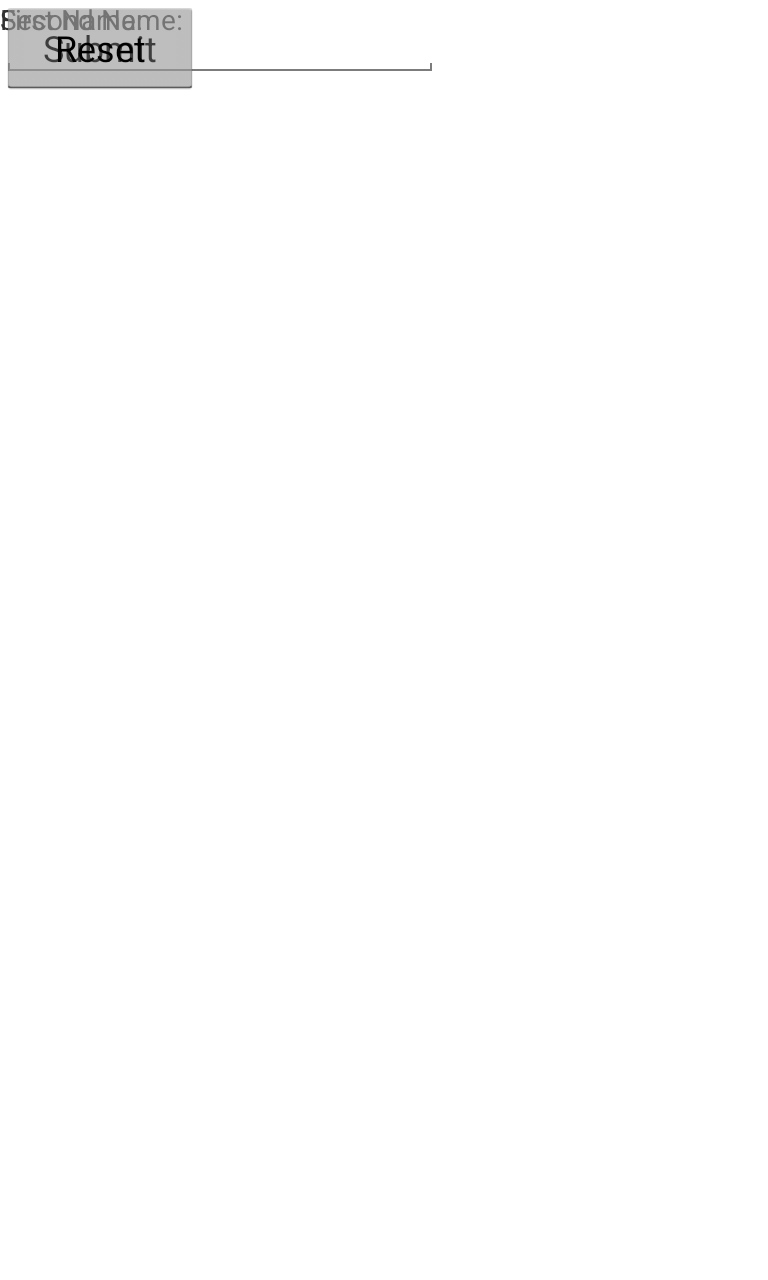
Repository: hugoM1/trainingNaranya
Layout: Layouts/res/layout/activity_relative_layout.xml
An editor plug-in stored every save of this project. The layout is shown before and after the next save, followed by the edit.
It is drawn on a 768 x 1280 px phone screen (xhdpi) without system bars, with theme AppTheme; the app's code is not run.

Above is the layout before, as saved 2013-08-14 02:11:53.

### Layouts/res/layout/activity_relative_layout.xml
<?xml version="1.0" encoding="utf-8"?>
<RelativeLayout
    android:id="@+id/RelativeLayout01"
	android:layout_width="fill_parent"
	android:layout_height="fill_parent"
	xmlns:android="http://schemas.android.com/apk/res/android">
	<TextView
	    android:id="@+id/TextView1"
		android:layout_width="wrap_content"
		android:layout_height="wrap_content"
		android:text="@string/first_name"
		android:width="100dp" />
	<EditText
	    android:id="@+id/EditText1"
	    android:layout_width="220dp"
		android:layout_height="wrap_content"
		android:layout_toRightOf="@+id/TextView01" />
	<EditText
	    android:id="@+id/EditText2"
	    android:layout_width="220dp"
		android:layout_height="wrap_content"
		android:layout_below="@+id/EditText01"
		android:layout_alignLeft="@+id/EditText01" />
	<TextView
	    android:id="@+id/TextView2"
		android:layout_width="wrap_content"
		android:layout_height="wrap_content"
		android:text="Second Name:"
		android:width="100dp"
		android:layout_below="@+id/EditText01"
		android:layout_toLeftOf="@+id/EditText02" />
	<Button
	    android:text="Submit"
	    android:id="@+id/Button1"
		android:layout_width="100dp"
		android:layout_height="wrap_content"
		android:layout_below="@id/EditText02"
		android:layout_alignLeft="@id/EditText02" />
	<Button
	    android:text="Reset"
	    android:id="@+id/Button2"
		android:layout_width="100dp"
		android:layout_height="wrap_content"
		android:layout_below="@id/EditText02"
		android:layout_alignRight="@id/EditText02" />
</RelativeLayout>

### Layouts/res/values/strings.xml
<?xml version="1.0" encoding="utf-8"?>
<resources>

    <string name="app_name">Layouts</string>
    <string name="action_settings">Settings</string>
    <string name="hello_world">Hello world!</string>
    <string name="button1">Table Layout</string>
    <string name="button2">Absolute Layout</string>
    <string name="button3">Relative Layout</string>
    <string name="button4">Frame LAyout</string>
    <string name="title_activity_table_layout">TableLayoutActivity</string>
    <string name="title_activity_absolute_layout">AbsoluteLayoutActivity</string>
    <string name="title_activity_relative_layout">RelativeLayoutActivity</string>
    <string name="title_activity_frame_layout">FrameLayoutActivity</string>
    <string name="first_name">First Name:</string>
    <string name="last_name">Last Name:</string>
    <string name="submit_button">Submit</string>
	<string name="reset_button">Reset</string>
</resources>

Loaded but not shown: Layouts/res/values/styles.xml (common file); Layouts/res/values-v11/styles.xml (common file); Layouts/res/values-v14/styles.xml (common file)

After the next save:
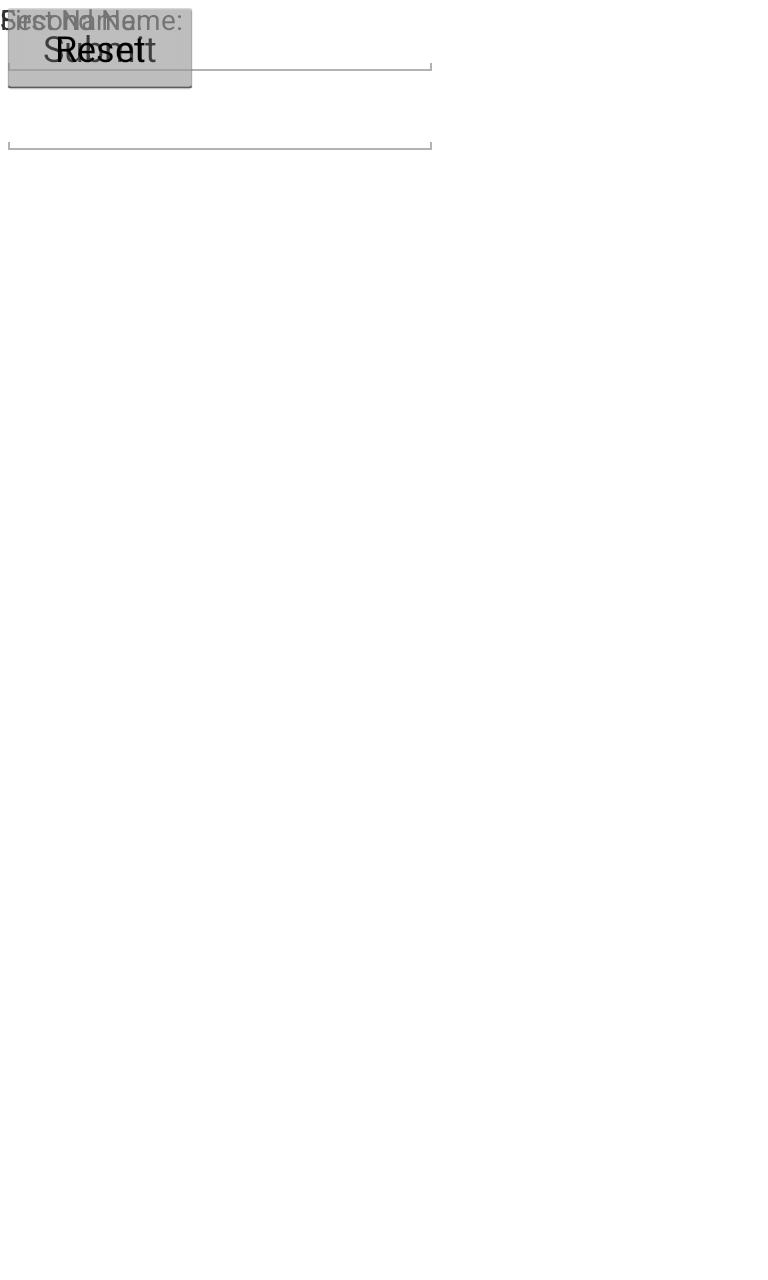
Saved 5 s later.
--- a/Layouts/res/layout/activity_relative_layout.xml
+++ b/Layouts/res/layout/activity_relative_layout.xml
@@ -19,8 +19,8 @@
 	    android:id="@+id/EditText2"
 	    android:layout_width="220dp"
 		android:layout_height="wrap_content"
-		android:layout_below="@+id/EditText01"
-		android:layout_alignLeft="@+id/EditText01" />
+		android:layout_below="@+id/EditText1"
+		android:layout_alignLeft="@+id/EditText1" />
 	<TextView
 	    android:id="@+id/TextView2"
 		android:layout_width="wrap_content"
